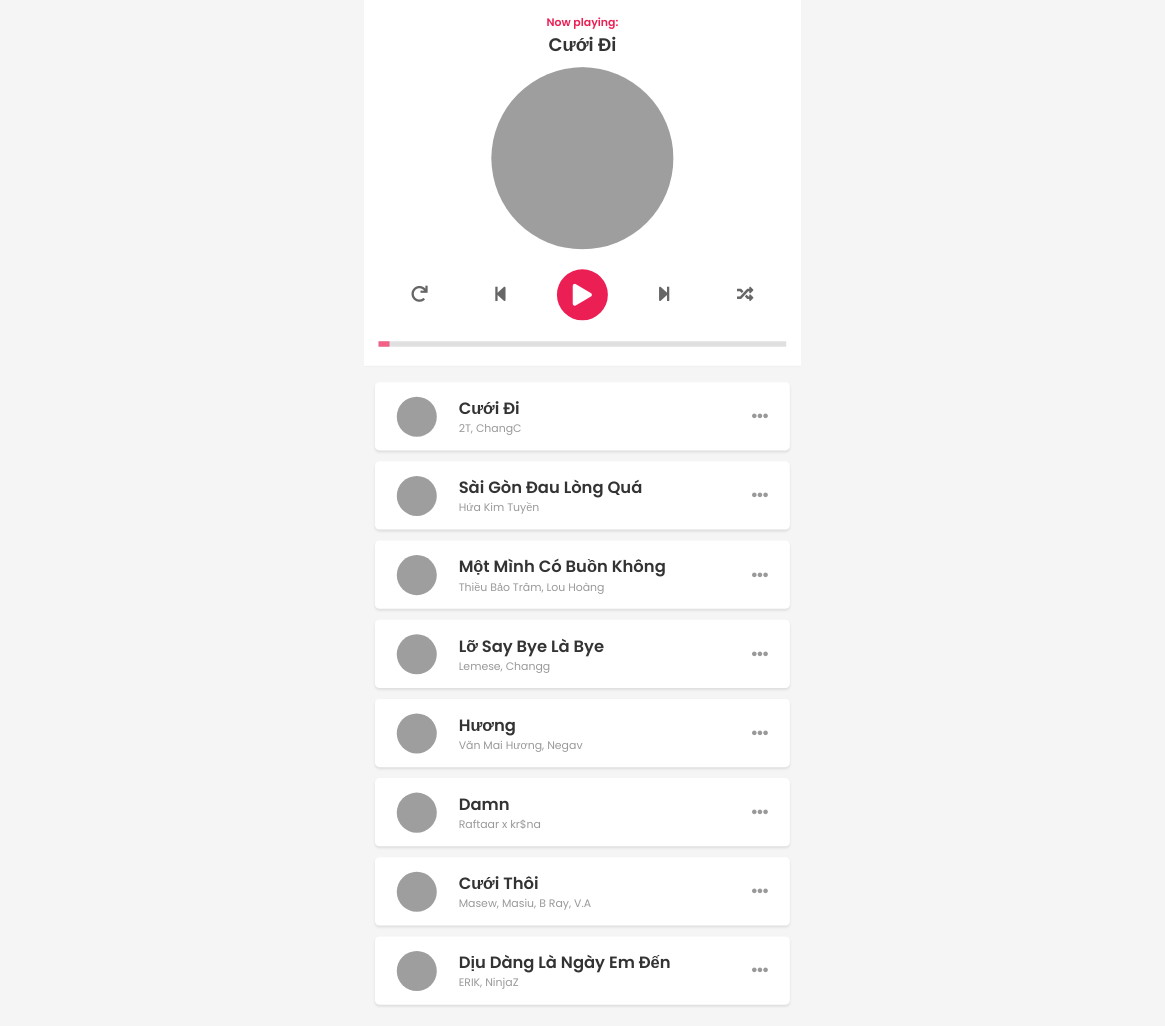
Repository: esplen74/Music
Page: music.html
These files come from the project's save history. The page is drawn as it stood at one moment and after the next save; the edit follows.
The browser window is 1280 px wide. The pictures show the whole page, at 91% of full size.
Pictures or frames that could not be fetched are drawn as grey boxes.

Above is the page before, as saved 2021-11-02 10:25:11.

### music.html
<!DOCTYPE html>
<html lang="en">
  <head>
    <meta charset="UTF-8" />
    <meta http-equiv="X-UA-Compatible" content="IE=edge" />
    <meta name="viewport" content="width=device-width, initial-scale=1.0" />
    <title>music</title>
    <link rel="stylesheet" href="music.css" />
  </head>
  <body>
    <meta name="viewport" content="width=device-width, initial-scale=1.0" />
    <title>Music player</title>
    <link
      rel="stylesheet"
      href="https://cdnjs.cloudflare.com/ajax/libs/font-awesome/5.15.2/css/all.min.css"
      integrity="sha512-HK5fgLBL+xu6dm/Ii3z4xhlSUyZgTT9tuc/hSrtw6uzJOvgRr2a9jyxxT1ely+B+xFAmJKVSTbpM/CuL7qxO8w=="
      crossorigin="anonymous"
    />
    <link rel="preconnect" href="https://fonts.gstatic.com" />
    <link
      href="https://fonts.googleapis.com/css2?family=Poppins:wght@300;400;600&display=swap"
      rel="stylesheet"
    />

    <div class="player">
      <!-- Dashboard -->
      <div class="dashboard">
        <!-- Header -->
        <header>
          <h4>Now playing:</h4>
          <h2>String 57th & 9th</h2>
        </header>

        <!-- CD -->
        <div class="cd">
          <div class="cd-thumb"></div>
        </div>

        <!-- Control -->
        <div class="control">
          <div class="btn btn-repeat">
            <i class="fas fa-redo"></i>
          </div>
          <div class="btn btn-prev">
            <i class="fas fa-step-backward"></i>
          </div>
          <div class="btn btn-toggle-play">
            <i class="fas fa-pause icon-pause"></i>
            <i class="fas fa-play icon-play"></i>
          </div>
          <div class="btn btn-next">
            <i class="fas fa-step-forward"></i>
          </div>
          <div class="btn btn-random">
            <i class="fas fa-random"></i>
          </div>
        </div>

        <input
          id="progress"
          class="progress"
          type="range"
          value="0"
          step="1"
          min="0"
          max="100"
        />

        <audio id="audio" src=""></audio>
      </div>

      <!-- Playlist -->
      <div class="playlist"></div>
    </div>


    <!-- Design from: https://static.collectui.com/shots/3671744/musicloud-revolutionary-app-for-music-streaming-large -->

    <script src="music.js"></script>
  </body>
</html>

### music.css
:root {
  --primary-color: #ec1f55;
  --text-color: #333;
}

* {
  padding: 0;
  margin: 0;
  box-sizing: inherit;
}

body {
  background-color: #f5f5f5;
}

html {
  box-sizing: border-box;
  font-family: "Poppins", sans-serif;
}

.player {
  position: relative;
  max-width: 480px;
  margin: 0 auto;
}

.player .icon-pause {
  display: none;
}

.player.playing .icon-pause {
  display: inline-block;
}

.player.playing .icon-play {
  display: none;
}

.dashboard {
  padding: 16px 16px 14px;
  background-color: #fff;
  position: fixed;
  top: 0;
  width: 100%;
  max-width: 480px;
  border-bottom: 1px solid #ebebeb;
}

/* HEADER */
header {
  text-align: center;
  margin-bottom: 10px;
}

header h4 {
  color: var(--primary-color);
  font-size: 12px;
}

header h2 {
  color: var(--text-color);
  font-size: 20px;
}

/* CD */
.cd {
  display: flex;
  margin: auto;
  width: 200px;
}

.cd-thumb {
  width: 100%;
  padding-top: 100%;
  border-radius: 50%;
  background-color: #333;
  background-size: cover;
  margin: auto;
}

/* CONTROL */
.control {
  display: flex;
  align-items: center;
  justify-content: space-around;
  padding: 18px 0 8px 0;
}

.control .btn {
  color: #666;
  padding: 18px;
  font-size: 18px;
}

.control .btn.active {
  color: var(--primary-color);
}

.control .btn-toggle-play {
  width: 56px;
  height: 56px;
  border-radius: 50%;
  font-size: 24px;
  color: #fff;
  display: flex;
  align-items: center;
  justify-content: center;
  background-color: var(--primary-color);
}

.progress {
  width: 100%;
  -webkit-appearance: none;
  height: 6px;
  background: #d3d3d3;
  outline: none;
  opacity: 0.7;
  -webkit-transition: 0.2s;
  transition: opacity 0.2s;
}

.progress::-webkit-slider-thumb {
  -webkit-appearance: none;
  appearance: none;
  width: 12px;
  height: 6px;
  background-color: var(--primary-color);
  cursor: pointer;
}

/* PLAYLIST */
.playlist {
  margin-top: 408px;
  padding: 12px;
}

.song {
  display: flex;
  align-items: center;
  margin-bottom: 12px;
  background-color: #fff;
  padding: 8px 16px;
  border-radius: 5px;
  box-shadow: 0 2px 3px rgba(0, 0, 0, 0.1);
}

.song.active {
  background-color: var(--primary-color);
}

.song:active {
  opacity: 0.8;
}

.song.active .option,
.song.active .author,
.song.active .title {
  color: #fff;
}

.song .thumb {
  width: 44px;
  height: 44px;
  border-radius: 50%;
  background-size: cover;
  margin: 0 8px;
}

.song .body {
  flex: 1;
  padding: 0 16px;
}

.song .title {
  font-size: 18px;
  color: var(--text-color);
}

.song .author {
  font-size: 12px;
  color: #999;
}

.song .option {
  padding: 16px 8px;
  color: #999;
  font-size: 18px;
}

### music.js
// 1. Render songs
// 2. Scroll top
// 3. play/ pause
// 4. Cd rotate
// 5.Next / Prev
// 6. Random
// 7. Next / repeat when enabe
// 8. Active song
// 9. Scroll active song into view
// 10. Play song when click

const $ = document.querySelector.bind(document);
const $$ = document.querySelectorAll.bind(document);
const cd = $(".cd");

const playlist = $(".playlist");

const app = {
  currentIndex: 0,
  songs: [
    {
      name: "Cưới Đi",
      singer: "2T, ChangC",
      path: "./music/song1.mp3",
      image:
        "https://avatar-ex-swe.nixcdn.com/song/2020/08/27/8/e/c/f/1598516178659_500.jpg",
    },
    {
      name: "Sài Gòn Đau Lòng Quá",
      singer: " Hứa Kim Tuyền",
      path: "./music/song2.mp3",
      image:
        "https://avatar-ex-swe.nixcdn.com/song/2021/03/27/d/2/9/1/1616859493571_500.jpg",
    },
    {
      name: "Một Mình Có Buồn Không",
      singer: "Thiều Bảo Trâm, Lou Hoàng",
      path: "./music/song3.mp3",
      image:
        "https://avatar-ex-swe.nixcdn.com/song/2020/10/19/f/5/8/c/1603078556165_500.jpg",
    },
    {
      name: "Lỡ Say Bye Là Bye",
      singer: "Lemese, Changg",
      path: "./music/song4.mp3",
      image:
        "https://avatar-ex-swe.nixcdn.com/song/2021/01/21/5/c/9/9/1611199600529_500.jpg",
    },
    {
      name: "Hương",
      singer: "Văn Mai Hương, Negav",
      path: "./music/song5.mp3",
      image:
        "https://avatar-ex-swe.nixcdn.com/song/2021/01/22/9/f/2/1/1611280898757_500.jpg",
    },
    {
      name: "Damn",
      singer: "Raftaar x kr$na",
      path: "./music/song6.mp3",
      image:
        "https://scontent.fdad4-1.fna.fbcdn.net/v/t1.6435-9/219394223_1466851590333701_3606370075101924204_n.jpg?_nc_cat=104&ccb=1-5&_nc_sid=09cbfe&_nc_ohc=CoR4g8AuzJUAX_UiqJh&_nc_ht=scontent.fdad4-1.fna&oh=9598a236af99117130ccc35f10837aea&oe=61A56E8B",
    },
    {
      name: "Cưới Thôi",
      singer: " Masew, Masiu, B Ray, V.A",
      path: "./music/song7.mp3",
      image:
        "https://avatar-ex-swe.nixcdn.com/song/2021/09/09/f/c/f/d/1631181753902_500.jpg",
    },
    {
      name: "Dịu Dàng Là Ngày Em Đến",
      singer: " ERIK, NinjaZ",
      path: "./music/song8.mp3",
      image:
        "https://avatar-ex-swe.nixcdn.com/song/2021/08/30/2/1/a/e/1630307726211_500.jpg",
    },
  ],
  render: function () {
    const htmls = this.songs.map((song) => {
      return `
      <div class="song ">
          <div class="thumb"
              style="background-image: url('${song.image}')">
          </div>
          <div class="body">
              <h3 class="title">${song.name}</h3>
              <p class="author">${song.singer}</p>
          </div>
          <div class="option">
              <i class="fas fa-ellipsis-h"></i>
          </div>
      </div>
      `;
    });
    playlist.innerHTML = htmls.join("");
  },
  defineProperties: function () {
    Object.defineProperty(this, "currentSong", {
      get: function () {
        return this.songs[this.currentIndex];
      },
    });
  },
  handleEvents: function () {

    const cdWidth = cd.offsetWidth;
    document.onscroll = function () {
      const scrollTop = window.scrollY || document.documentElement.scrollTop;
      const newCdWidth = cdWidth - scrollTop;

      cd.style.width = newCdWidth > 0 ? newCdWidth + "px" : 0;
      cd.style.opacity = newCdWidth / cdWidth;
    };
  },
  loadCurrentSong : function() {
    const heading = $("header h2");
    const cdThumb = $(".cd-thumb");
    const audio = $("#audio");

    heading.textContent = this.currentSong.name;
    cdThumb.style.backgroundImage= `url(${this.currentSong.image})`;

  },
  start: function () {
    //định nghĩa cho các thuộc tính cho object
    this.defineProperties();

    // lắng nghe / xử lí các sự kiện
    this.handleEvents();

    //tải thông tin bài hát
    this.loadCurrentSong();

    this.render();
  },
};
app.start();

After the next save:
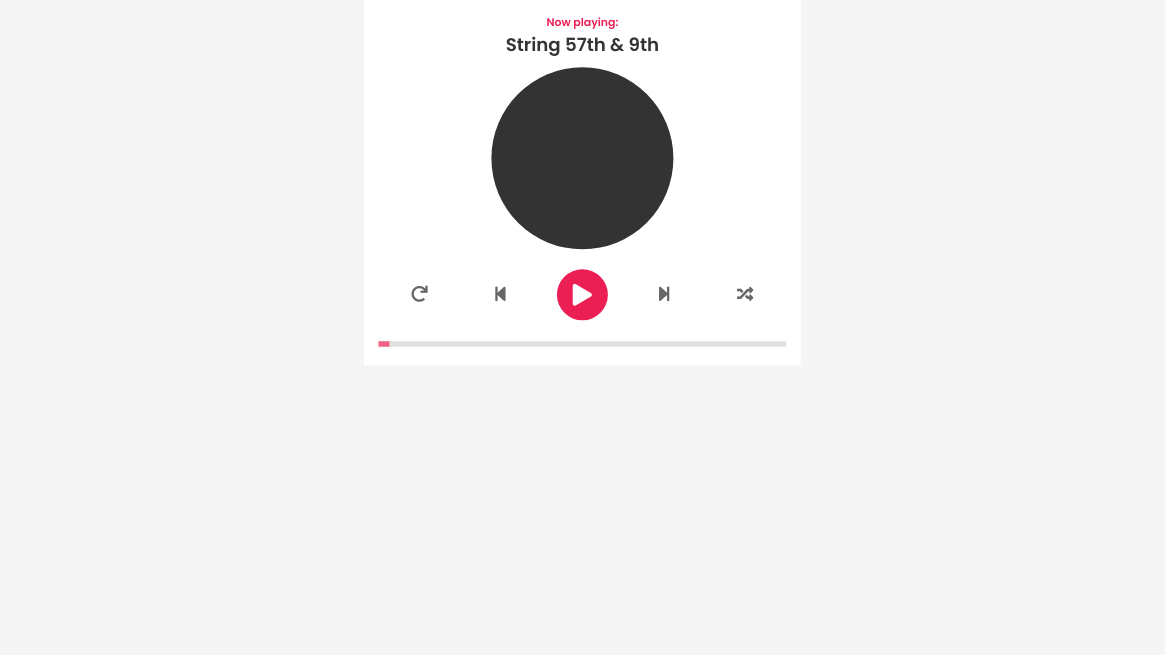
Console error: TypeError: Cannot read properties of undefined (reading 'name')
Saved 25 s later.
--- a/music.js
+++ b/music.js
@@ -123,7 +123,7 @@ const app = {
   },
   start: function () {
     //định nghĩa cho các thuộc tính cho object
-    this.defineProperties();
+
 
     // lắng nghe / xử lí các sự kiện
     this.handleEvents();

After the save that followed:
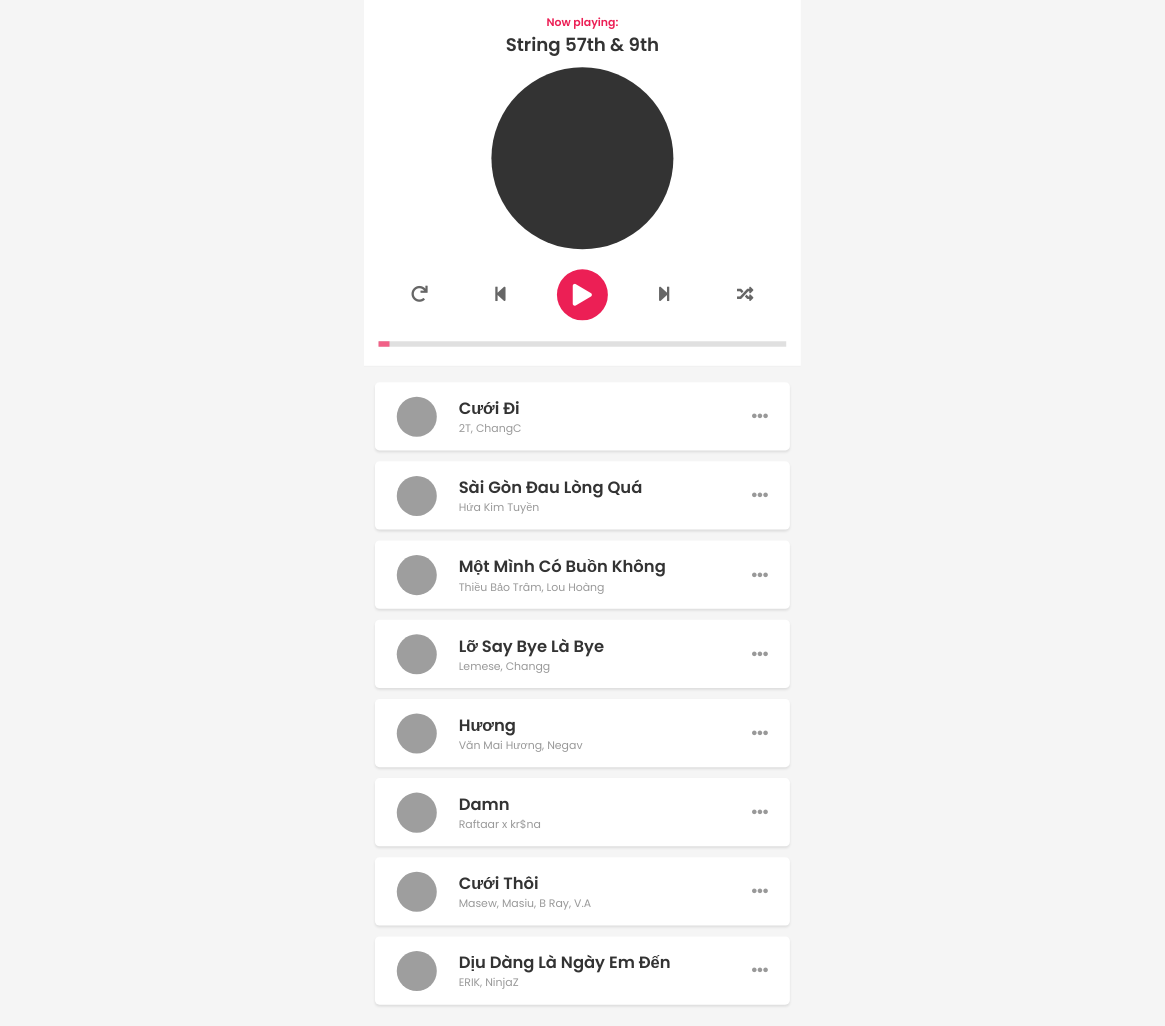
The error is gone.
Saved 12 s later.
--- a/music.js
+++ b/music.js
@@ -117,8 +117,6 @@ const app = {
     const cdThumb = $(".cd-thumb");
     const audio = $("#audio");
 
-    heading.textContent = this.currentSong.name;
-    cdThumb.style.backgroundImage= `url(${this.currentSong.image})`;
 
   },
   start: function () {
